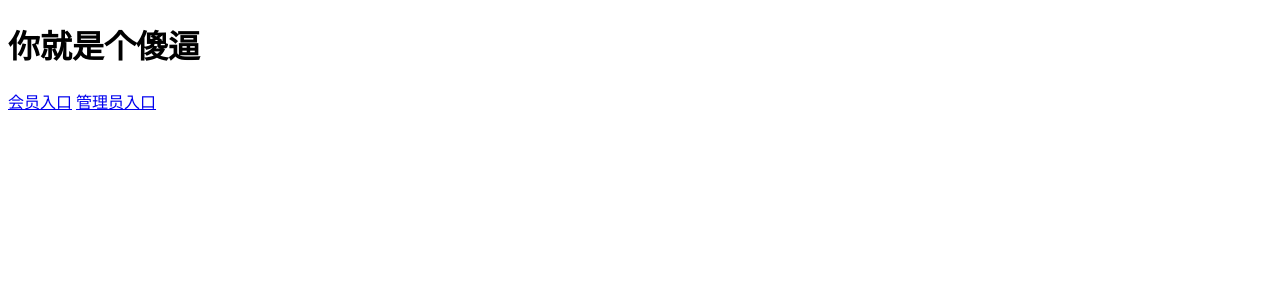
Repository: EthanZmr/myCode
Page: http://localhost/filter_demo/a.jsp
The author's editor kept a copy of each file at every save. The page is drawn from the files as they stood at one save, then again after the next save.
The browser window is 1280 px wide. The pictures show the whole page.
The page is served by Tomcat 9.

Above is the page before, as saved 2018-12-19 20:00:45.

After the next save:
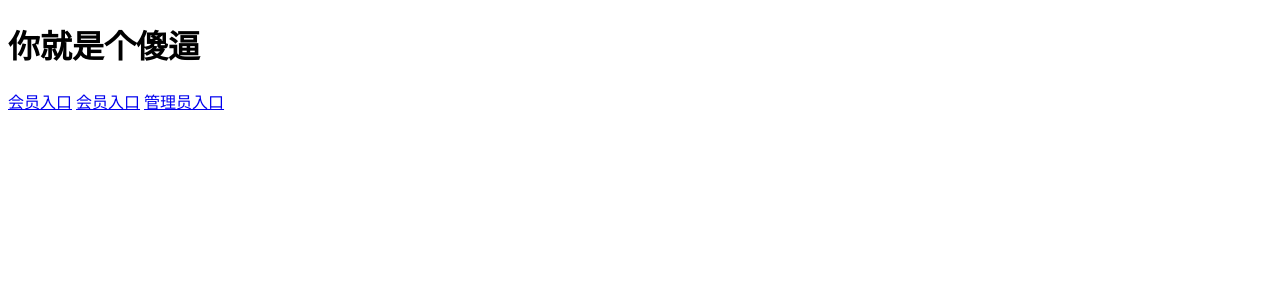
Saved 31 s later.
--- a/filter_demo/WebContent/a.jsp
+++ b/filter_demo/WebContent/a.jsp
@@ -9,6 +9,7 @@
 </head>
 <body>
 <h1>你就是个傻逼</h1>
+<a href="<c:url value='/a.jsp'/>">会员入口</a>
 <a href="<c:url value='/users/u.jsp'/>">会员入口</a>
 <a href="<c:url value='/admin/a.jsp'/>">管理员入口</a>
 </body>
